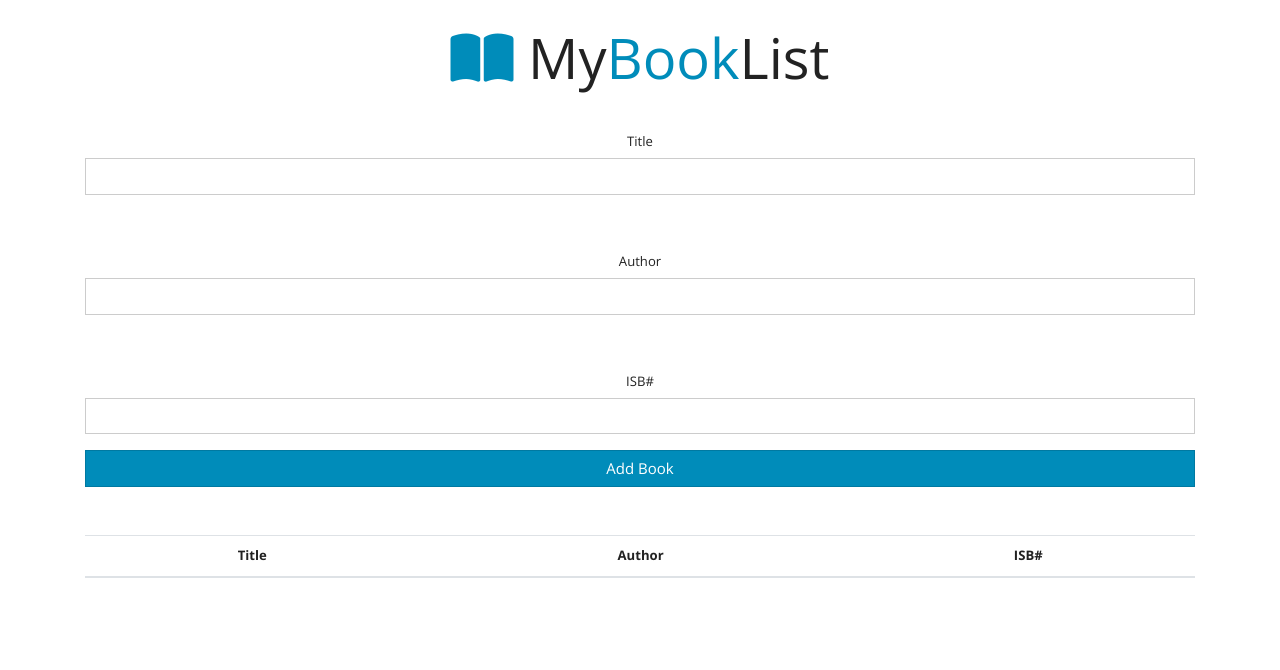
Repository: muhyilmaz/jsMyBookListPrj
Page: index.html
These files come from the project's save history. The page is drawn as it stood at one moment and after a run of saves; the edit follows.
The browser window is 1280 px wide. The pictures show the whole page.
Some web libraries are served in a nearby version.

Above is the page before, as saved 2020-06-21 16:31:47.

### index.html
<!DOCTYPE html>
<html lang="en">
<head>
    <meta charset="UTF-8">
    <meta name="viewport" content="width=device-width, initial-scale=1.0">
    <title>My Book List App</title>
    <link rel="stylesheet" href="bootstrap.min.css ">
    <script src="https://kit.fontawesome.com/c5e42f8755.js" crossorigin="anonymous"></script>

</head>
<body>
    <dir class="container mt-4">
        <h1 class="display-4 text-center">
            <i class="fas fa-book-open text-primary"></i>
            My<span class="text-primary">Book</span>List

            <form id="book-form">

                <div class="form-group">

                    <label for="title">Title</label>
                    <input type="text" name="" id="title" class="form-control">
                </div>
                <div class="form-group">

                    <label for="title">Author</label>
                    <input type="text" name="" id="author" class="form-control">
                </div>
                <div class="form-group">

                    <label for="title">ISB#</label>
                    <input type="text" name="" id="isbn" class="form-control">
                </div>

                <input type="submit" value="Add Book" class="btn btn-primary btn-block">
            </form>

            <table class="table table-striped mt-5">
                <thead>
                    <tr>
                        <th>Title</th>
                        <th>Author</th>
                        <th>ISB#</th>
                    </tr>
                </thead>
                <tbody id="book-list"></tbody>
            </table>
        </h1>

    </dir>

    <script src="app.js"></script>
</body>
</html>

### app.js
//Book Class: Represents a Book
class Book{
    constructor(title, author, isbn){
        this.title = title;
        this.author = author;
        this.isbn = isbn;
    }
}
//UI Class : Handle UI Tasks
class UI{
    static displayBooks(){
        const StoredBooks = [
            {
                title: "RiyazüsSalihin",
                author: "İmam Nevevi",
                isbn: "341421412"

            }
        ];
        const books = StoredBooks;

        books.forEach((book) => UI.addBookToList(book));

    }

    static addBookToList(book){
            const list = document.querySelector('#book-list');
            const row = document.createElement('tr');

            row.innerHTML = `
            <td>${book.title}</td>
            <td>${book.author}</td>
            <td>${book.isbn}</td>
            <td><a href="#" class="btn btn-danger btn-sm delete">X</a></td>
            `;

            list.appendChild(row);
    }
}
// Store Class : Handles Storage

// Event : Display Books

// Event : Add Books

// Event : Delete Books

Loaded but not shown: bootstrap.min.css (library)

After the next 2 saves:
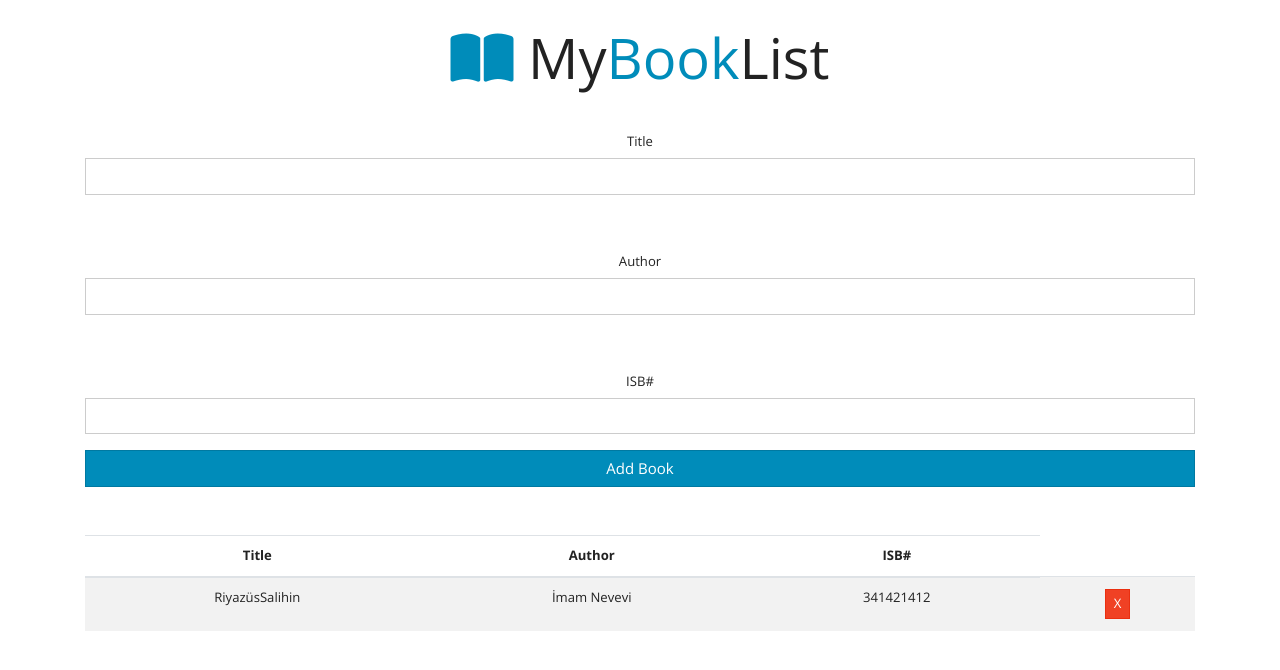
The 2 saves are shown as one change because they came seconds apart.
The last was saved 38 s later.
--- a/app.js
+++ b/app.js
@@ -40,7 +40,7 @@
 // Store Class : Handles Storage
 
 // Event : Display Books
-
+document.addEventListener('DOMContentLoaded', UI.displayBooks);
 // Event : Add Books
 
 // Event : Delete Books

After the save that followed:
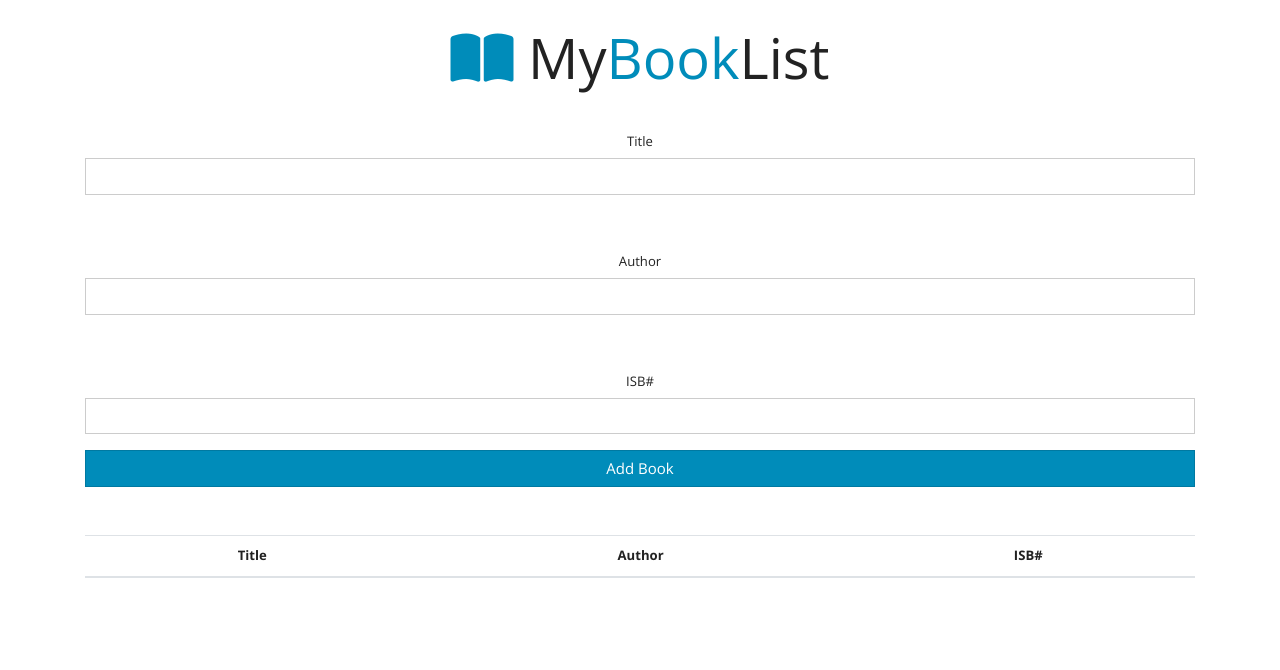
Console error: SyntaxError: Unexpected token ')'
Saved 49 s later.
--- a/app.js
+++ b/app.js
@@ -42,5 +42,5 @@
 // Event : Display Books
 document.addEventListener('DOMContentLoaded', UI.displayBooks);
 // Event : Add Books
-
+document.querySelector('#book-form').addEventListener('submit', (e)=>)
 // Event : Delete Books
